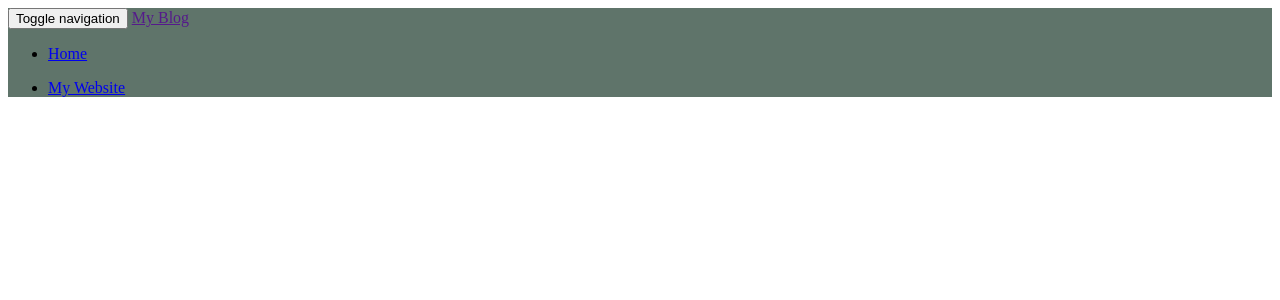
Repository: AnnieFisher/blog
Page: BlogMVC/WebContent/nav.html
An editor plug-in stored every save of this project. The page is shown before and after the next save, followed by the edit.
The browser window is 1280 px wide. The pictures show the whole page.

Above is the page before, as saved 2016-12-19 07:37:57.

After the next save:
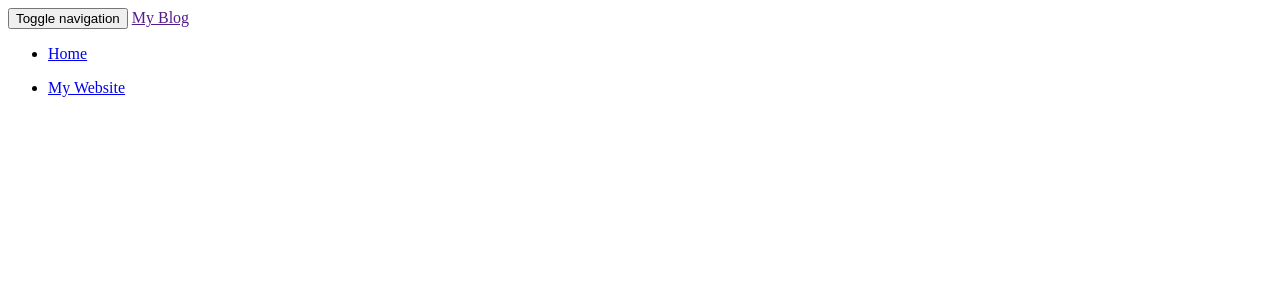
Saved 33 s later.
--- a/BlogMVC/WebContent/nav.html
+++ b/BlogMVC/WebContent/nav.html
@@ -1,8 +1,7 @@
 <div ng-controller="postsController">
 	<div class="container">
       <!-- Static navbar -->
-      <nav class="navbar navbar-fixed-top navbar-custom" style="background-color:#5f746a">
-        <div class="container-fluid">
+<div class="navbar navbar-inverse navbar-fixed-top navbar-custom">        <div class="container-fluid">
           <div class="navbar-header">
             <button type="button" class="navbar-toggle collapsed" data-toggle="collapse" data-target="#navbar" aria-expanded="false" aria-controls="navbar">
               <span class="sr-only">Toggle navigation</span>
